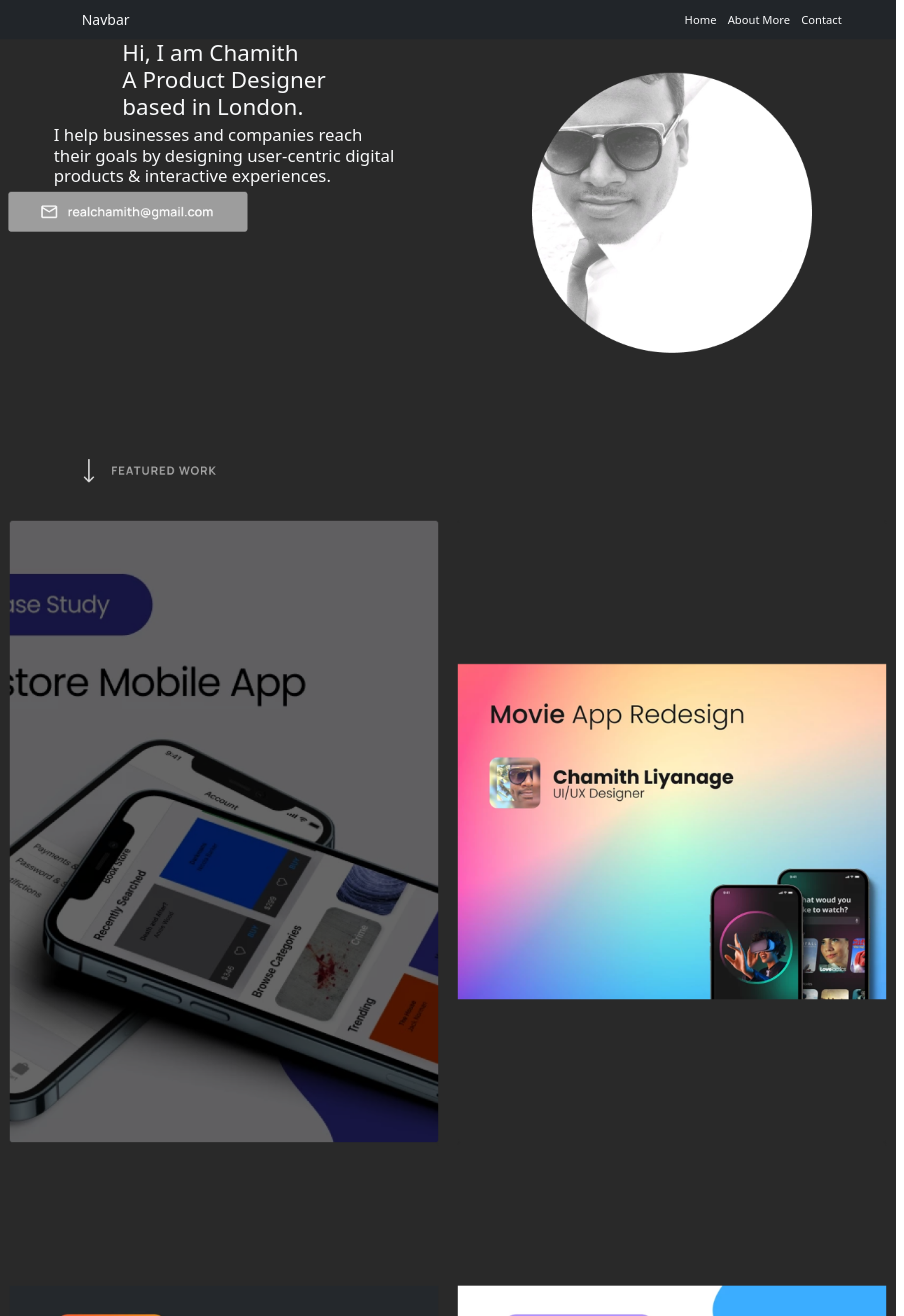
Repository: Realchamithweb/chamith-html
Page: index.html
These files come from the project's save history. The page is drawn as it stood at one moment and after the next save; the edit follows.
The browser window is 1280 px wide. The page is 1292 px wide, so the pictures cover 1292 px, including what lies to the right of the window. The pictures show the part of the page from y = 0 to 1880 px (the page is 4129 px tall), at 70% of full size.

Above is the page before, as saved 2023-01-04 12:08:13.

After the next save:
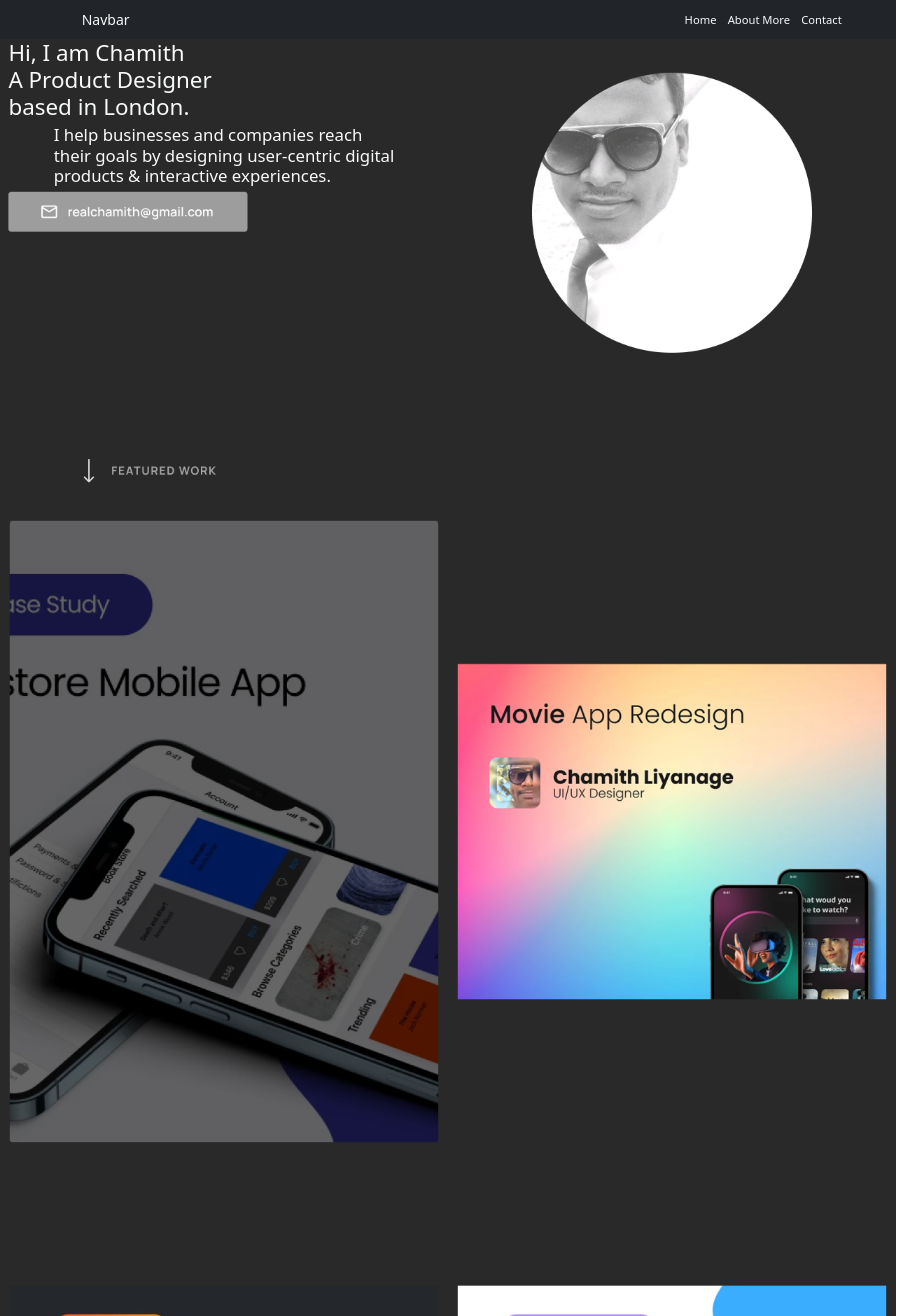
Saved 45 s later.
--- a/index.html
+++ b/index.html
@@ -42,7 +42,7 @@
                 <div class="container-fluid">
                     <div class="row">
                         <div class="col-lg-6 ">
-                            <p class="hero-title text-light h2 d-flex justify-content-center">Hi, I am Chamith<br>
+                            <p class="hero-title text-light h2">Hi, I am Chamith<br>
                                 A Product Designer<br>
                                 based in London.
                             </p>
